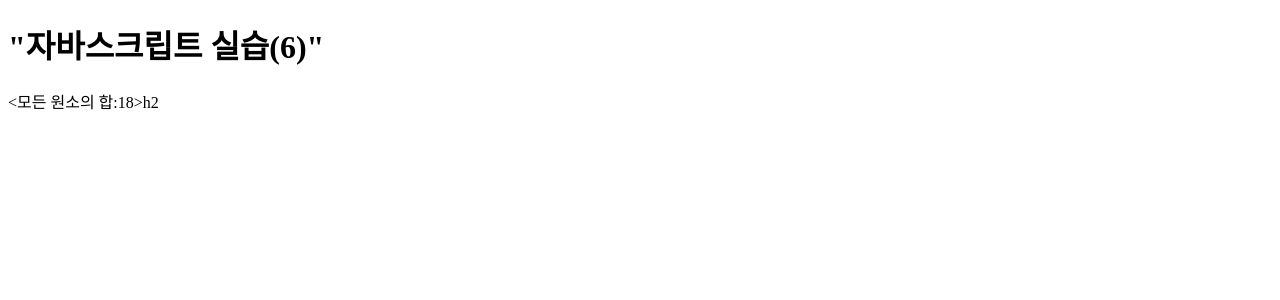
Repository: jhsnex123/web_study
Page: edu/src/main/webapp/jsexam/exercise6.html
The author's editor kept a copy of each file at every save. The page is drawn from the files as they stood at one save, then again after the next save.
The browser window is 1280 px wide. The pictures show the whole page.

Above is the page before, as saved 2024-09-23 06:01:10.

### edu/src/main/webapp/jsexam/exercise6.html
<!DOCTYPE html>
<html>
<head>
<meta charset="UTF-8">
<title>Insert title here</title>
</head>
<body>
<!-- [ 실습 2 ]

소스명 : exercise6.html
다음에서 제시된 기능들을 자바스크립트로 구현하시오.

(1) util.js 에 정의된 함수를 사용은 선택이다.

(2) 웹 페이지의 제목을 <h1> 태그와 함께 "자바스크립트 실습(6)" 이라고 원하는 칼라로 출력한다.

(3) 다음에 제시된 함수들을 구현한다.(for each 문 사용)

	getMaxValue()
	getMinValue()
	getSum()
	getCountOddNum()
	getCountEvenNum()

(4) 다음 값들을 저장하여 배열을 생성한다.

   	10, 5, 7,21, 4, 8, 18

(5) 배열을 아규먼트로 전달하면서 getSum() 을 호출하고 리턴 결과를 <h2> 태그와 함께 출력한다.

      모든 원소의 합 : XX

(6) 최대값과 최소값, 짝수의 갯수 그리고 홀수의 갯수를 각각의 함수를 호출하여 리턴받아 순서없는
     리스트 형식(<ul>)으로 출력한다.

    - 최대값 : XX
    - 최소값 : XX
    - 짝수의 갯수 : XX
    - 홀수의 갯수 : XX

(7) <h1> 태그의 텍스트는 파란색으로, <h2> 태그의 텍스트는 빨간색으로 출력한다.
     또한 순서없는 리스트의 블렛을 서클로 처리한다. -->
     <h1>"자바스크립트 실습(6)"</h1>
     <script src="util.js"></script>
     <script>
     var ary = [10, 5, 7, 21, 4, 8, 18];
 	for(let i=0; i < ary.length; i++)
 		getsum = ary[i];
 		write("h2","모든 원소의 합:" + getsum , "h2");
/*  	hr();
 	for(let i in ary) // foreach
 		writeColor(ary[i], "h3", "red");
 	hr();
 	for(let e of ary) // ECMAScript 6(ES 6)
 		writeColor(e, "h3", "green"); */





     </script>
</body>
</html>

### edu/src/main/webapp/jsexam/util.js
function write(content, tag) {
	document.write("<"+tag+">"+content+"</"+tag+">");
}
function hr() {
	document.write("<hr>");
}
function writeColor(content, tag, color) {
	document.write("<"+tag+" style='color:"+color+"'>"+
			  content+"</"+tag+">");
}
function writeNewLine(content) {
	document.write(content+"<br>");
}

After the next save:
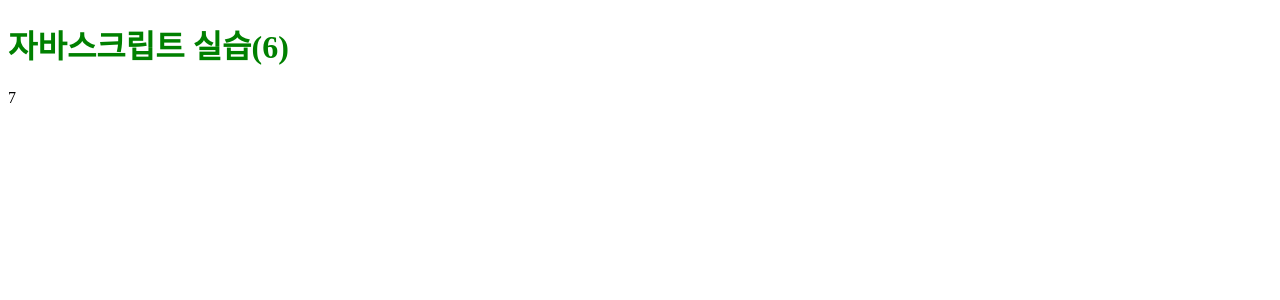
Saved 4 min 58 s later.
--- a/edu/src/main/webapp/jsexam/exercise6.html
+++ b/edu/src/main/webapp/jsexam/exercise6.html
@@ -40,19 +40,15 @@
 
 (7) <h1> 태그의 텍스트는 파란색으로, <h2> 태그의 텍스트는 빨간색으로 출력한다.
      또한 순서없는 리스트의 블렛을 서클로 처리한다. -->
-     <h1>"자바스크립트 실습(6)"</h1>
+
      <script src="util.js"></script>
      <script>
-     var ary = [10, 5, 7, 21, 4, 8, 18];
- 	for(let i=0; i < ary.length; i++)
- 		getsum = ary[i];
- 		write("h2","모든 원소의 합:" + getsum , "h2");
-/*  	hr();
- 	for(let i in ary) // foreach
- 		writeColor(ary[i], "h3", "red");
- 	hr();
- 	for(let e of ary) // ECMAScript 6(ES 6)
- 		writeColor(e, "h3", "green"); */
+	 writeColor('자바스크립트 실습(6)', 'h1', 'green');
+
+	 var ary = [10, 5, 7, 21, 4, 8, 18];
+	 document.write(ary.length + "<br>");
+
+
 
 
 
